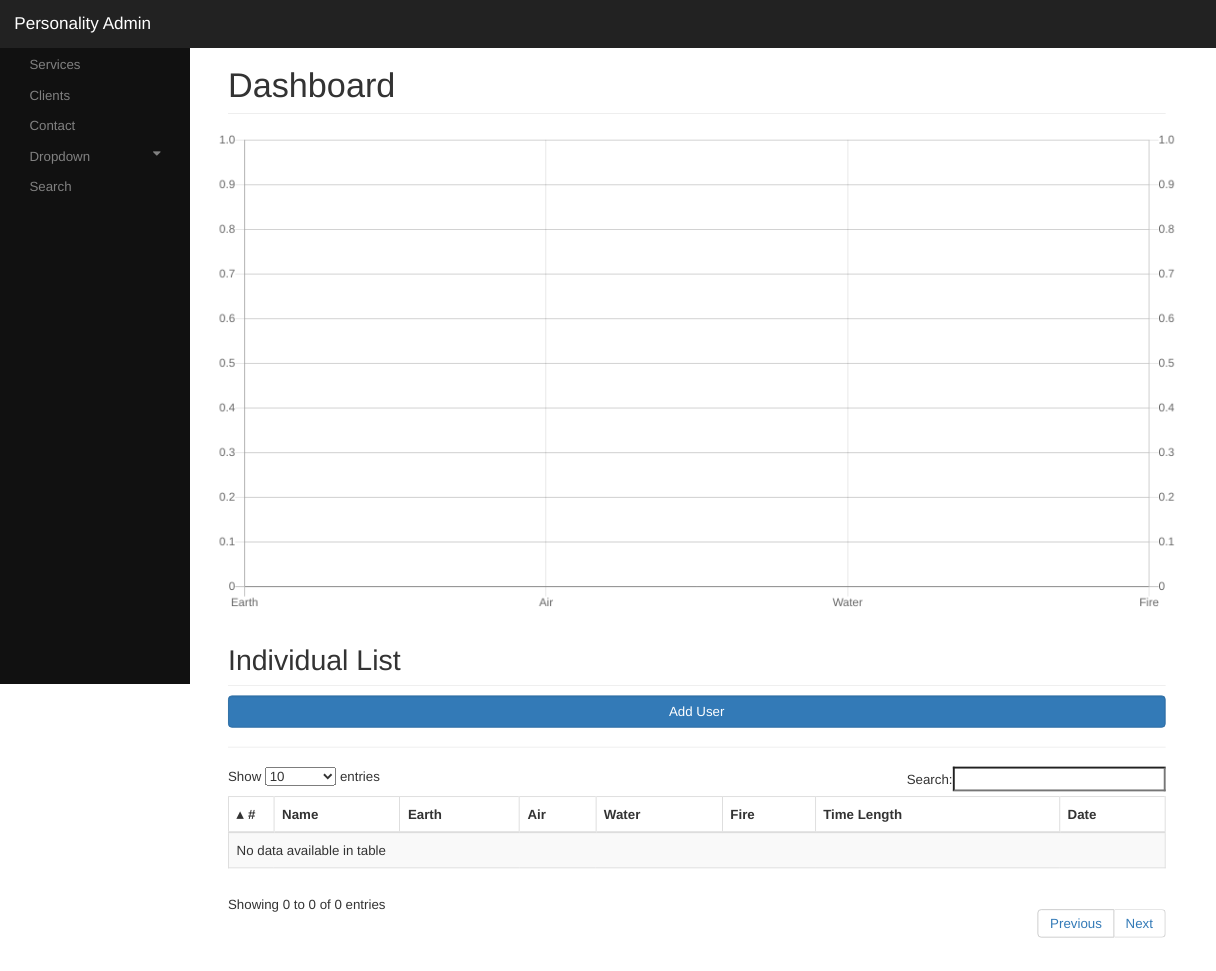
Repository: joroni/personality_test
Page: dashboard/index.html
These files come from the project's save history. The page is drawn as it stood at one moment and after the next save; the edit follows.
The browser window is 1280 px wide. The pictures show the whole page, at 95% of full size.

Above is the page before, as saved 2020-09-26 01:44:41.

### dashboard/index.html
<!DOCTYPE html>
<html lang="en" ng-app="quiz">

<head>
  <meta charset="utf-8">
  <meta http-equiv="X-UA-Compatible" content="IE=edge">
  <meta name="viewport" content="width=device-width, initial-scale=1">
  <!-- The above 3 meta tags *must* come first in the head; any other head content must come *after* these tags -->
  <meta name="description" content="">
  <meta name="author" content="">
  <!--  <link rel="icon" href="../../favicon.ico">
   <link rel="canonical" href="https://getbootstrap.com/docs/3.3/examples/dashboard/"> -->

  <title>Dashboard Template for Bootstrap</title>

  <!-- Bootstrap core CSS -->
  <link href="css/bootstrap.min.css" rel="stylesheet">

  <!-- IE10 viewport hack for Surface/desktop Windows 8 bug -->
  <link href="css/ie10-viewport-bug-workaround.css" rel="stylesheet">

  <!-- Custom styles for this template -->
  <link href="css/style.css" rel="stylesheet">
  <link href="css/dashboard.css" rel="stylesheet">


  <!-- Just for debugging purposes. Don't actually copy these 2 lines! -->
  <!--[if lt IE 9]><script src="../../assets/js/ie8-responsive-file-warning.js"></script><![endif]-->
  <script src="js/ie-emulation-modes-warning.js"></script>

  <!-- HTML5 shim and Respond.js for IE8 support of HTML5 elements and media queries -->
  <!--[if lt IE 9]>
      <script src="https://oss.maxcdn.com/html5shiv/3.7.3/html5shiv.min.js"></script>
      <script src="https://oss.maxcdn.com/respond/1.4.2/respond.min.js"></script>
    <![endif]-->
</head>


<body ng-controller="quizAdmin">

  <nav class="navbar navbar-inverse navbar-fixed-top">
    <div class="container-fluid">
      <div class="navbar-header">
        <button type="button" class="navbar-toggle collapsed" data-toggle="collapse" data-target="#navbar"
          aria-expanded="false" aria-controls="navbar">
          <span class="sr-only">Toggle navigation</span>
          <span class="icon-bar"></span>
          <span class="icon-bar"></span>
          <span class="icon-bar"></span>
        </button>
        <a class="navbar-brand" href="#">Personality Admin</a>
      </div>
      <div id="navbar" class="navbar-collapse collapse">
        <!-- <ul class="nav navbar-nav navbar-right">
          <li><a href="#">Dashboard</a></li>
          <li><a href="#">Settings</a></li>
          <li><a href="#">Profile</a></li>
          <li><a href="#">Help</a></li>
        </ul>
        <form class="navbar-form navbar-right">
          <input type="text" class="form-control" placeholder="Search...">
        </form> -->
      </div>
    </div>
  </nav>

  <div class="container-fluid">

    <div class="row">
      <div class="sidenav col-sm-3 col-md-2">
        <a href="#about">About</a>
        <a href="#services">Services</a>
        <a href="#clients">Clients</a>
        <a href="#contact">Contact</a>
        <button class="dropdown-btn">Dropdown
          <i class="fa fa-caret-down"></i>
        </button>
        <div class="dropdown-container">
          <a href="#">Link 1</a>
          <a href="#">Link 2</a>
          <a href="#">Link 3</a>
        </div>
        <a href="#contact">Search</a>
      </div>
      <!-- <div class="col-sm-3 col-md-2 sidebar">

        <ul class="nav nav-sidebar">
          <li class="active"><a href="#">Home <span class="sr-only">(current)</span></a></li>
          <li class=""><a href="#">Users<span class="sr-only">(current)</span></a></li>
          <li class=""><a href="#">Reports</a>

          <ul>
            <li<a href="#">By User</a></li>
            <li<a href="#">By Group</a></li>
          </ul>
          </li>
          <!--     <li><a href="#">Reports</a></li>
          <li><a href="#">Analytics</a></li>
          <li><a href="#">Export</a></li> ->
        </ul>

      </div> -->
      <div class="col-sm-9 col-sm-offset-3 col-md-10 col-md-offset-2 main">
        <h1 class="page-header">Dashboard</h1>

        <div class="row placeholders" ng-init="getUserScores()">
          <canvas id="line" class="chart chart-line" chart-data="data" chart-labels="labels" chart-series="series"
            chart-options="options" chart-dataset-override="datasetOverride" chart-click="onClick">
          </canvas>


          <!--  <canvas id="bar" class="chart chart-bar ng-isolate-scope"
            chart-data="data" chart-labels="labels" chart-series="series"
            chart-options="options"
            style="display: block; width: 100%; height: 261px;"></canvas> -->
        </div>

        <!--  <div class="row placeholders">
            <div class="col-xs-6 col-sm-3 placeholder">
              <img src="data:[embedded picture, 82 characters]" width="200" height="200" class="img-responsive" alt="Generic placeholder thumbnail">
              <h4>Label</h4>
              <span class="text-muted">Something else</span>
            </div>
            <div class="col-xs-6 col-sm-3 placeholder">
              <img src="data:[embedded picture, 82 characters]" width="200" height="200" class="img-responsive" alt="Generic placeholder thumbnail">
              <h4>Label</h4>
              <span class="text-muted">Something else</span>
            </div>
            <div class="col-xs-6 col-sm-3 placeholder">
              <img src="data:[embedded picture, 82 characters]" width="200" height="200" class="img-responsive" alt="Generic placeholder thumbnail">
              <h4>Label</h4>
              <span class="text-muted">Something else</span>
            </div>
            <div class="col-xs-6 col-sm-3 placeholder">
              <img src="data:[embedded picture, 82 characters]" width="200" height="200" class="img-responsive" alt="Generic placeholder thumbnail">
              <h4>Label</h4>
              <span class="text-muted">Something else</span>
            </div>
          </div> -->

        <h2 class="sub-header">Individual List</h2>
        <input type="button" value="Add User" class="btn btn-primary" ng-click="addUserPop = !addUserPop" />
<hr>

        <div ng-show="addUserPop" ng-include="'addUser.html'">

        </div>


        <div ng-init="getUserScores()">
          <table datatable="ng" dt-options="vm.dtOptions" class="table-responsive table table-striped table-bordered">
            <thead>
              <tr>
                <th>#</th>
                <th>Name</th>
                <th>Earth</th>
                <th>Air</th>
                <th>Water</th>
                <th>Fire</th>
                <th>Time Length</th>
                <th>Date</th>
              </tr>
            </thead>
            <tbody>
              <tr ng-repeat="x in userdata">
                <td>{{ $index + 1 }}</td>
                <td>{{ x.first_name}} {{x.last_name}}</td>
                <td>{{x.user_earth}}</td>
                <td>{{x.user_air}}</td>
                <td>{{x.user_water}}</td>
                <td>{{x.user_fire}}</td>
                <td></td>
                <td>{{x.created}}</td>
              </tr>
            </tbody>
          </table>
          <br />
          <br />
        </div>
        <!--   <div ng-init="getUsers()">

          <br />
          <h3 align="center">How to Use Jquery Datatable with AngularJS & PHP</h3>
          <br />

          <table datatable="ng" dt-options="vm.dtOptions" class="table table-striped table-bordered">
            <thead>
              <tr>
                <th>Sr</th>
                <th>Customer Name</th>
                <th>Address</th>
                <th>City</th>
                <th>Postal Code</th>
                <th>Country</th>
              </tr>
            </thead>
            <tbody>
              <tr ng-repeat="customer in customers">
                <td>{{ $index + 1 }}</td>
                <td>{{ customer.CustomerName }}</td>
                <td>{{ customer.Address }}</td>
                <td>{{ customer.City }}</td>
                <td>{{ customer.PostalCode }}</td>
                <td>{{ customer.Country }}</td>
              </tr>
            </tbody>
          </table>
          <br />
          <br />
        </div> -->





      </div>
    </div>
  </div>



  <!-- Bootstrap core JavaScript
    ================================================== -->
  <!-- Placed at the end of the document so the pages load faster -->
  <script src="lib/jquery/3.1.1/jquery.min.js"></script>
  <script src="lib/angularjs/1.6.9/angular.min.js"></script>
  <script src="lib/angularjs/angular-datatables.min.js"></script>
  <script src="lib/jquerydatatable/jquery.dataTablesv1.10.7.min.js"></script>
  <!-- <link rel="stylesheet" href="lib/bootstrap/css/bootstrap.min.css"> -->
  <link rel="stylesheet" href="lib/bootstrap/css/datatables.bootstrap.css">
  <link rel="stylesheet" href="https://cdnjs.cloudflare.com/ajax/libs/font-awesome/4.7.0/css/font-awesome.min.css">
  <!--




    <script src="lib/jqueryui/1.12.1/jquery-ui.min.js"></script>

   <script src="lib/angularjs/1.6.9/angular.min.js"></script>
  <script src="lib/angularjs/angular-ui-utils.min.js"></script> -->

  <script src="lib/chart/Chart.min.js"></script>
  <script src="lib/angular-chart.js/angular-chart.min.js"></script>


  <!-- <script src="https://cdnjs.cloudflare.com/ajax/libs/angular-ui-sortable/0.15.0/sortable.min.js"></script> -->
  <!-- <script src="js/sortable.js"></script> -->
  <script type='text/javascript' src="lib/bootstrap/js/bootstrap.min.js"></script>
  <script src="js/script.js"></script>
  <script src="js/main.js"></script>

  <!-- Just to make our placeholder images work. Don't actually copy the next line! -->
  <script src="js/holder.min.js"></script>
  <!-- IE10 viewport hack for Surface/desktop Windows 8 bug -->
  <script src="js/ie10-viewport-bug-workaround.js"></script>
</body>

</html>

### dashboard/css/style.css
/* Fixed sidenav, full height */
.sidenav {
    height: 100%;
    width: 200px;
    position: fixed;
    z-index: 1;
    top: 0;
    left: 0;
    background-color: #111;
    overflow-x: hidden;
    padding-top: 20px;
  }

  /* Style the sidenav links and the dropdown button */
  .sidenav a, .dropdown-btn {
    padding: 6px 8px 6px 16px;
    text-decoration: none;
    font-size: 14px;
    color: #818181;
    display: block;
    border: none;
    background: none;
    width:100%;
    text-align: left;
    cursor: pointer;
    outline: none;
  }

  /* On mouse-over */
  .sidenav a:hover, .dropdown-btn:hover {
    color: #f1f1f1;
  }

  /* Main content */
  .main {
    margin-left: 200px; /* Same as the width of the sidenav */
    font-size: 14px; /* Increased text to enable scrolling */
    padding: 0px 10px;
  }

  /* Add an active class to the active dropdown button */
  .active {
    background-color: green;
    color: white;
  }

  /* Dropdown container (hidden by default). Optional: add a lighter background color and some left padding to change the design of the dropdown content */
  .dropdown-container {
    display: none;
    background-color: #262626;
    padding-left: 8px;
  }

  /* Optional: Style the caret down icon */
  .fa-caret-down {
    float: right;
    padding-right: 8px;
  }

### dashboard/css/dashboard.css
/*
 * Base structure
 */

/* Move down content because we have a fixed navbar that is 50px tall */
body {
  padding-top: 50px;
}


/*
 * Global add-ons
 */

.sub-header {
  padding-bottom: 10px;
  border-bottom: 1px solid #eee;
}

/*
 * Top navigation
 * Hide default border to remove 1px line.
 */
.navbar-fixed-top {
  border: 0;
}

/*
 * Sidebar
 */

/* Hide for mobile, show later */
.sidebar {
  display: none;
}
@media (min-width: 768px) {
  .sidebar {
    position: fixed;
    top: 51px;
    bottom: 0;
    left: 0;
    z-index: 1000;
    display: block;
    padding: 20px;
    overflow-x: hidden;
    overflow-y: auto; /* Scrollable contents if viewport is shorter than content. */
    background-color: #f5f5f5;
    border-right: 1px solid #eee;
  }
}

/* Sidebar navigation */
.nav-sidebar {
  margin-right: -21px; /* 20px padding + 1px border */
  margin-bottom: 20px;
  margin-left: -20px;
}
.nav-sidebar > li > a {
  padding-right: 20px;
  padding-left: 20px;
}
.nav-sidebar > .active > a,
.nav-sidebar > .active > a:hover,
.nav-sidebar > .active > a:focus {
  color: #fff;
  background-color: #428bca;
}


/*
 * Main content
 */

.main {
  padding: 20px;
}
@media (min-width: 768px) {
  .main {
    padding-right: 40px;
    padding-left: 40px;
  }
}
.main .page-header {
  margin-top: 0;
}


/*
 * Placeholder dashboard ideas
 */

.placeholders {
  margin-bottom: 30px;
  text-align: center;
}
.placeholders h4 {
  margin-bottom: 0;
}
.placeholder {
  margin-bottom: 20px;
}
.placeholder img {
  display: inline-block;
  border-radius: 50%;
}

### dashboard/js/ie-emulation-modes-warning.js
// NOTICE!! DO NOT USE ANY OF THIS JAVASCRIPT
// IT'S JUST JUNK FOR OUR DOCS!
// ++++++++++++++++++++++++++++++++++++++++++
/*!
 * Copyright 2014-2015 Twitter, Inc.
 *
 * Licensed under the Creative Commons Attribution 3.0 Unported License. For
 * details, see https://creativecommons.org/licenses/by/3.0/.
 */
// Intended to prevent false-positive bug reports about Bootstrap not working properly in old versions of IE due to folks testing using IE's unreliable emulation modes.
(function () {
  'use strict';

  function emulatedIEMajorVersion() {
    var groups = /MSIE ([0-9.]+)/.exec(window.navigator.userAgent)
    if (groups === null) {
      return null
    }
    var ieVersionNum = parseInt(groups[1], 10)
    var ieMajorVersion = Math.floor(ieVersionNum)
    return ieMajorVersion
  }

  function actualNonEmulatedIEMajorVersion() {
    // Detects the actual version of IE in use, even if it's in an older-IE emulation mode.
    // IE JavaScript conditional compilation docs: https://msdn.microsoft.com/library/121hztk3%28v=vs.94%29.aspx
    // @cc_on docs: https://msdn.microsoft.com/library/8ka90k2e%28v=vs.94%29.aspx
    var jscriptVersion = new Function('/*@cc_on return @_jscript_version; @*/')() // jshint ignore:line
    if (jscriptVersion === undefined) {
      return 11 // IE11+ not in emulation mode
    }
    if (jscriptVersion < 9) {
      return 8 // IE8 (or lower; haven't tested on IE<8)
    }
    return jscriptVersion // IE9 or IE10 in any mode, or IE11 in non-IE11 mode
  }

  var ua = window.navigator.userAgent
  if (ua.indexOf('Opera') > -1 || ua.indexOf('Presto') > -1) {
    return // Opera, which might pretend to be IE
  }
  var emulated = emulatedIEMajorVersion()
  if (emulated === null) {
    return // Not IE
  }
  var nonEmulated = actualNonEmulatedIEMajorVersion()

  if (emulated !== nonEmulated) {
    window.alert('WARNING: You appear to be using IE' + nonEmulated + ' in IE' + emulated + ' emulation mode.\nIE emulation modes can behave significantly differently from ACTUAL older versions of IE.\nPLEASE DON\'T FILE BOOTSTRAP BUGS based on testing in IE emulation modes!')
  }
})();

### dashboard/js/script.js
var app = angular.module("quiz", ['chart.js', 'datatables']);


app.controller("quizAdmin", function ($scope, $http) {



  $scope.getIndividualUser = function () {
    //console.log('hi');

    $scope.labels = ["Earth", "Air", "Water", "Fire"];
    $scope.series = ['Susan', 'Joroni', 'Jane'];
    $scope.data = [
      [65, 15, 5, 15],
      [10, 30, 41, 19],
      [25, 20, 20, 35]
    ];
    $scope.onClick = function (points, evt) {
      console.log(points, evt);
    };
    $scope.datasetOverride = [{
      yAxisID: 'y-axis-1'
    }, {
      yAxisID: 'y-axis-2'
    }];
    $scope.options = {
      scales: {
        yAxes: [{
            id: 'y-axis-1',
            type: 'linear',
            display: true,
            position: 'left'
          },
          {
            id: 'y-axis-2',
            type: 'linear',
            display: true,
            position: 'right'
          }
        ]
      }
    };
  }



  $scope.getUserScores = function () {
    $http({
      method: 'post',
      url: 'processor/addremove.php',
      data: {
        request_type: 2
      },
    }).then(function successCallback(response) {
      let usersData = response.data;
      console.log(usersData);
     // $scope.allUsers = usersData;
      $scope.userdata = usersData;

      $scope.labels = ["Earth", "Air", "Water", "Fire"];
      //$scope.series = ['Susan', 'Joroni', 'Jane'];
      $scope.series = [];
      for (var i = 0; i < $scope.userdata.length; i++) {

        $scope.series.push(
          $scope.userdata[i].first_name,
        );
      }
      console.log($scope.series );

      $scope.data = [];
      for (var i = 0; i < $scope.userdata.length; i++) {

        $scope.data.push([
          $scope.userdata[i].user_earth,
          $scope.userdata[i].user_air,
          $scope.userdata[i].user_water,
          $scope.userdata[i].user_fire
        ]);
      }
      console.log($scope.data );
      $scope.onClick = function (points, evt) {
        console.log(points, evt);
      };
      $scope.datasetOverride = [{
        yAxisID: 'y-axis-1'
      }, {
        yAxisID: 'y-axis-2'
      }];
      $scope.options = {
        scales: {
          yAxes: [{
              id: 'y-axis-1',
              type: 'linear',
              display: true,
              position: 'left'
            },
            {
              id: 'y-axis-2',
              type: 'linear',
              display: true,
              position: 'right'
            }
          ]
        }
      };
    });
  }

  $scope.users=[];
$scope.addUserPop = false;
  /* $scope.userid = $scope.fetchGetVariables().user_id;
  $scope.groupid = $scope.fetchGetVariables().group_id; */
  $scope.addUser = function () {
   //let newuserdata = {};

    /*
    console.log(angular.element('#MyAnswer')[0].value);
    $scope.isanswer = angular.element('#MyAnswer')[0].value; */
    /* len = $scope.answers.length; */
    $scope.user_name=$scope.user_name;
    $scope.email = $scope.email;
    $scope.group_id = $scope.group_id;
    /* for (let i = 0; i < userdata.length; i++) {
      newuserdata.push({
        'user_id': userdata[i].user_id,
        'question_id':userdata[i].question_id,
        'choice_id': $scope.isanswer,
        'request_type': 2,
        'len': len
      });
    } */
    $http({
      method: 'post',
      url: 'processor/addremove.php',
      //data: newuserdata
      data: {
        'user_name':  $scope.user_name,
        'email':  $scope.email,
        'first_name': $scope.first_name,
        'last_name': $scope.last_name,
        'group_id':$scope.group_id,
        'acl':$scope.acl,
        'request_type': 3
      },
    }).then(function successCallback(response) {
      if (response.data.length > 0) {
        $scope.users.push(response.data[0]);
        alert('User added');
      } else {
        alert('User with this email already exist. ');
      }
    });
  }




  $scope.getUsers = function () {
    $http({
      method: 'post',
      url: 'processor/addremove.php',
      data: {
        request_type: 4
      },
    }).then(function successCallback(response) {
      let usersData = response.data;
      console.log(usersData);
     // $scope.allUsers = usersData;
      $scope.customers = usersData;

    });
  }



 /*  $http.get('fetch.php').success(function(data, status, headers, config){
		$scope.customers = data;
	}); */
});

### dashboard/js/main.js

$(document).ready(function() {
    $('input, select, radio').addClass('form-control');
    console.log('dashboard starts');
})

/* Loop through all dropdown buttons to toggle between hiding and showing its dropdown content - This allows the user to have multiple dropdowns without any conflict */
var dropdown = document.getElementsByClassName("dropdown-btn");
var i;

for (i = 0; i < dropdown.length; i++) {
  dropdown[i].addEventListener("click", function() {
  this.classList.toggle("active");
  var dropdownContent = this.nextElementSibling;
  if (dropdownContent.style.display === "block") {
  dropdownContent.style.display = "none";
  } else {
  dropdownContent.style.display = "block";
  }
  });
}

### dashboard/addUser.html
<form>
    <div class="form-row">
        <div class="form-group col-md-6">
            <label for="user_name">User Name:(optional)</label>
            <input type="text" class="form-control" name="user_name" ng-model="user_name">
        </div>
        <div class="form-group col-md-6">
            <label for="email">Email</label>
            <input type="email" class="form-control" name="email" ng-model="email">

        </div>
    </div>
    <div class="form-row">
        <div class="form-group col-md-6">
            <label for="first_name">First Name</label>
            <input type="text" class="form-control" name="first_name" ng-model="first_name">
        </div>
        <div class="form-group col-md-6">
            <label for="last_name">Last Name</label>
            <input type="text" class="form-control" name="last_name" ng-model="last_name">

        </div>
    </div>

    <div class="form-row">

        <div class="form-group col-md-3">
            <label for="group_id">Group:</label>
            <select class="form-control" name="group_id" ng-model="group_id">
                <option ng-value="1">Team A</option>
                <option ng-value="2">Team B</option>
            </select>

        </div>
        <div class="form-group col-md-3">
            <label for="acl">Access Permission:</label>
            <select class="form-control" name="acl" ng-model="acl">
                <option ng-value="2" selected>Tester</option>
                <option ng-value="1">Admin/Tester</option>
            </select>
        </div>
    </div>
    <div class="form-group col-md-6">
        <button class="btn btn-default btn-primary" ng-click="addUser()">Add User</button>
    </div>

</form>

Loaded but not shown: dashboard/css/bootstrap.min.css (library); dashboard/css/ie10-viewport-bug-workaround.css (common file); dashboard/lib/jquery/3.1.1/jquery.min.js (library); dashboard/lib/angularjs/1.6.9/angular.min.js (library); dashboard/lib/angularjs/angular-datatables.min.js (library); dashboard/lib/jquerydatatable/jquery.dataTablesv1.10.7.min.js (library); dashboard/lib/bootstrap/css/datatables.bootstrap.css (library); dashboard/lib/chart/Chart.min.js (library); dashboard/lib/angular-chart.js/angular-chart.min.js (library); dashboard/lib/bootstrap/js/bootstrap.min.js (library); dashboard/js/holder.min.js (library); dashboard/js/ie10-viewport-bug-workaround.js (common file)

After the next save:
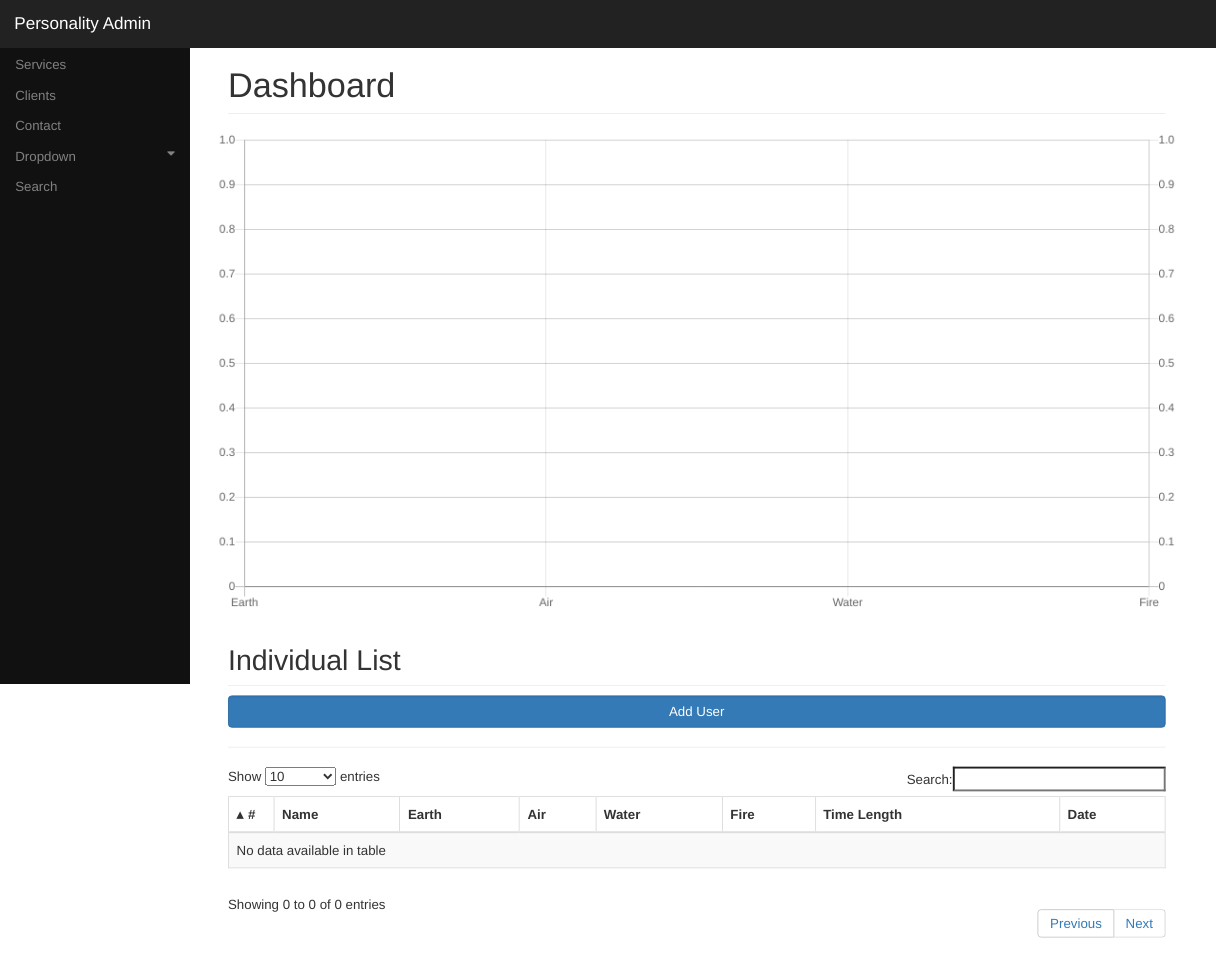
Saved 97 s later.
--- a/dashboard/index.html
+++ b/dashboard/index.html
@@ -67,7 +67,7 @@
   <div class="container-fluid">
 
     <div class="row">
-      <div class="sidenav col-sm-3 col-md-2">
+      <div class="sidenav col-sm-3s col-md-2s">
         <a href="#about">About</a>
         <a href="#services">Services</a>
         <a href="#clients">Clients</a>
